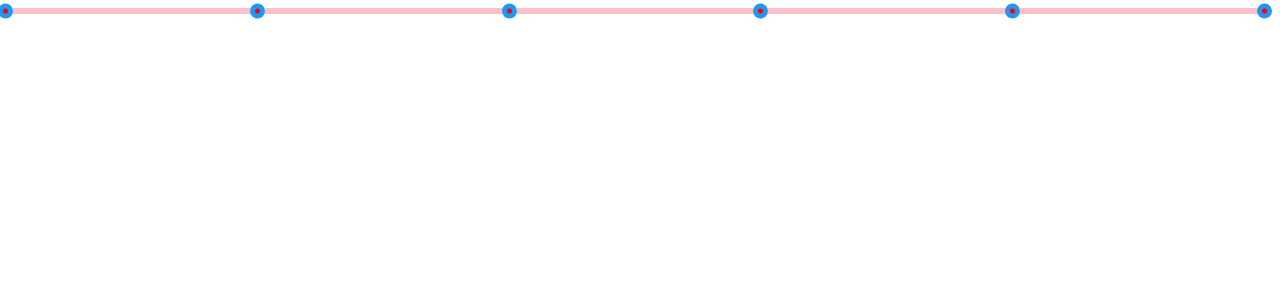
Repository: kamiour/Radiobutton-Group
Page: index.html
The author's editor kept a copy of each file at every save. The page is drawn from the files as they stood at one save, then again after the next save.
The browser window is 1280 px wide. The pictures show the whole page.
After loading, the first visible `label[onclick="colorFunction()"]` was clicked once.

Above is the page before, as saved 2019-11-04 23:49:21.

After the next save:
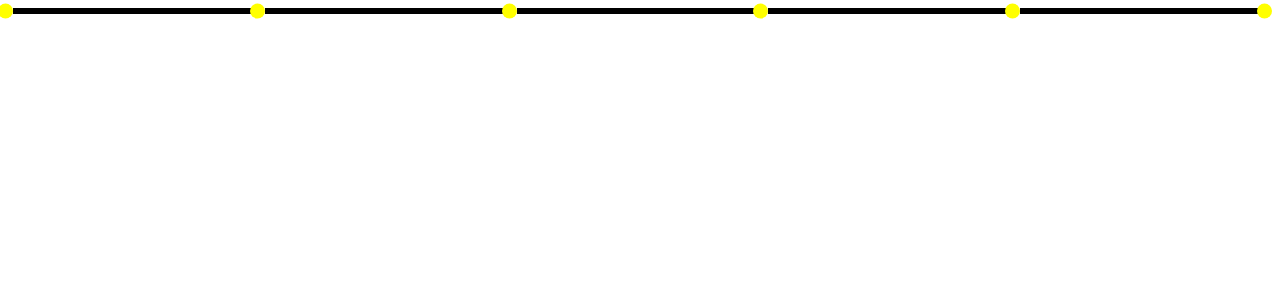
Saved 56 s later.
--- a/main.js
+++ b/main.js
@@ -5,10 +5,8 @@ function colorFunction() {
   for (let i = 0; i < radioArr.length; i++) {
     lineArr[i].style.backgroundColor = 'black';
     radioArr[i].checked = false;
-    console.log(this);
   }
   for (let i = 0; i < radioArr.length; i++) {
-    radioArr[i].checked = true;
     if (radioArr[i].checked) {
       for (let j = 0; j <= i; j++) {
         lineArr[j].style.backgroundColor = 'pink';
